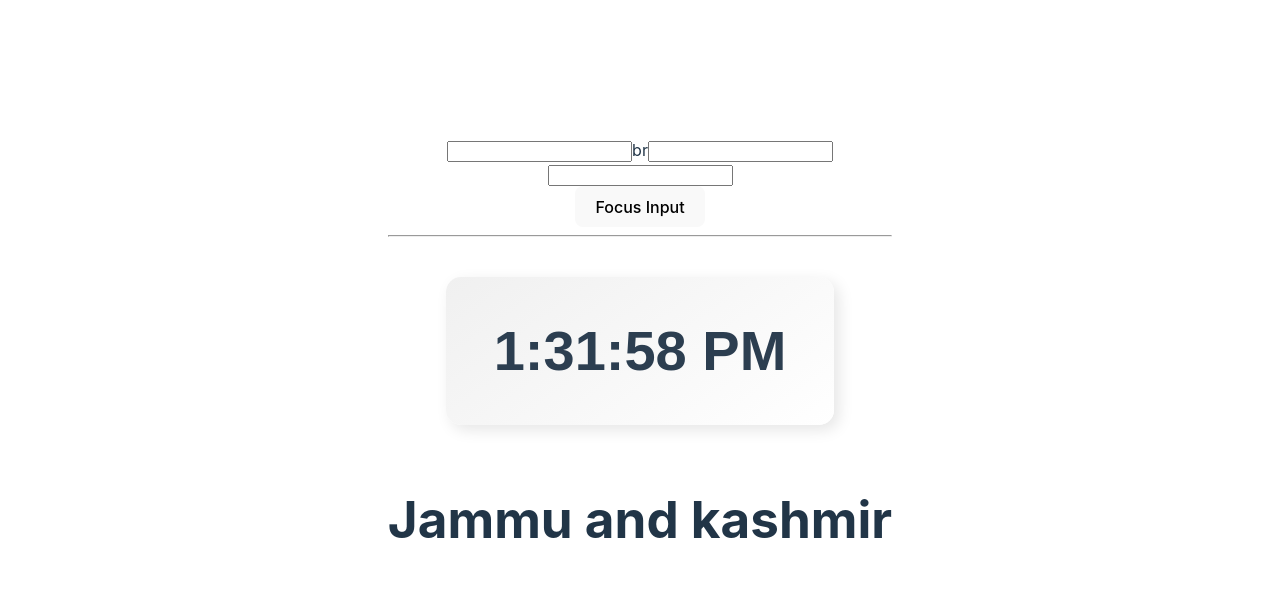
Repository: FARMAN9/inputdata-useRef-and-useEffect
Page: /
The author's editor kept a copy of each file at every save. The page is drawn from the files as they stood at one save, then again after a run of saves.
The browser window is 1280 px wide. The pictures show the whole page.
The project was rebuilt for these pictures with package versions that can differ from the ones it lists, and the page was loaded fresh each time. Also part of the build but not shown: vite.config.js.

Above is the page before, as saved 2025-01-13 13:01:15.

After the next 2 saves:
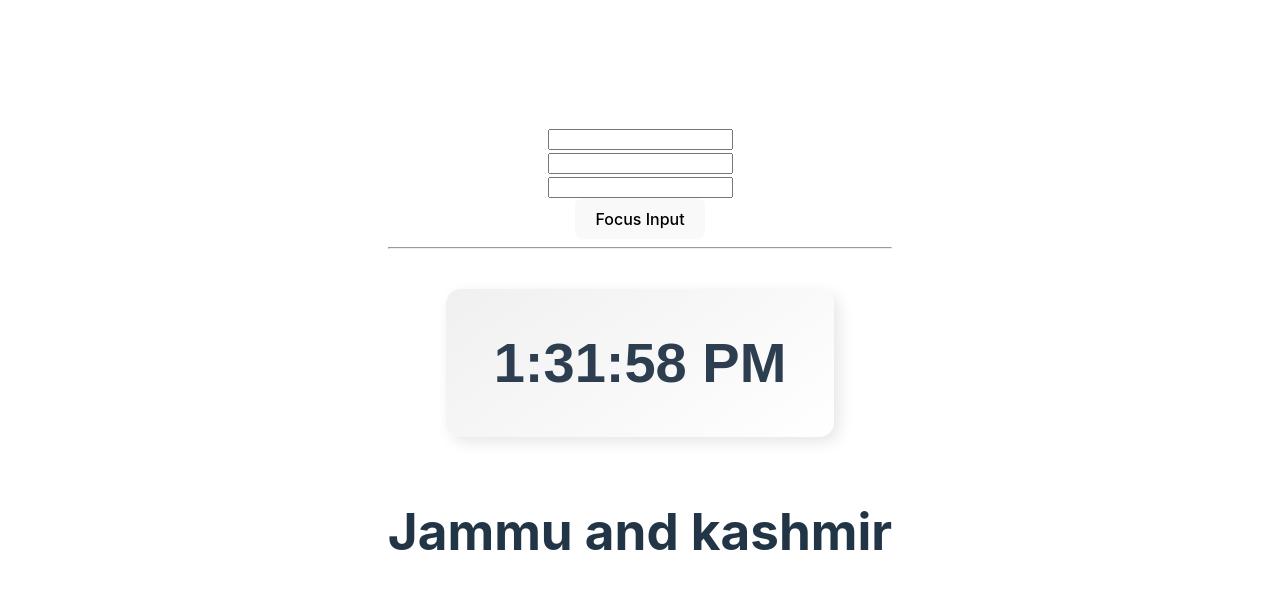
The 2 saves are shown as one change because they came seconds apart.
The last was saved 9 s later.
--- a/src/components/inputdate.jsx
+++ b/src/components/inputdate.jsx
@@ -14,7 +14,7 @@ function InputData() {
   return (
     <div>
       <input ref={inputRef} type="text" />
-      br
+      <br />
       <input ref={emailRef} type="email" />
       <br />
       <input ref={passwordRef} type="password" />
